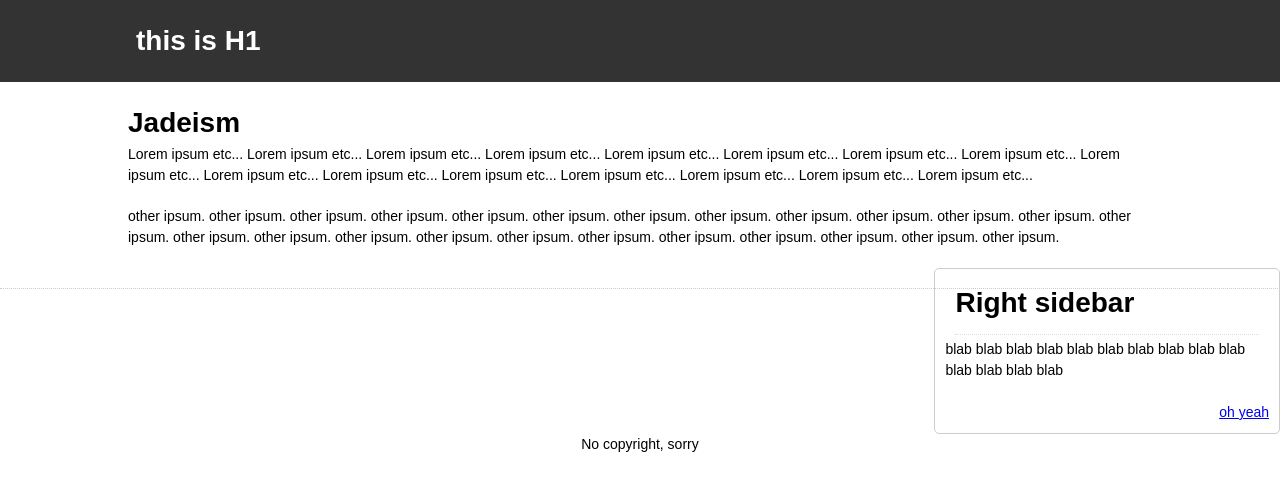
Repository: simonbcky/101
Page: http://localhost/j
The author's editor kept a record of every edit. The page is drawn from the files as they stood at one moment, then again after the next edit.
The browser window is 1280 px wide. The pictures show the whole page.
The page is served by the project's Node server (Jadestuff/index.js).

Above is the page before.

### Jadestuff/views/index.jade
extend layout
//defining content
block content
    h1 #{title}
    p.
        Lorem ipsum etc... Lorem ipsum etc... Lorem ipsum etc... Lorem ipsum etc... Lorem ipsum etc... Lorem ipsum etc... Lorem ipsum etc... Lorem ipsum etc... Lorem ipsum etc... Lorem ipsum etc... Lorem ipsum etc... Lorem ipsum etc...
        Lorem ipsum etc... Lorem ipsum etc... Lorem ipsum etc... Lorem ipsum etc...
    p.
        other ipsum. other ipsum. other ipsum. other ipsum. other ipsum. other ipsum. other ipsum. other ipsum. other ipsum. other ipsum. other ipsum. other ipsum. other ipsum. other ipsum. other ipsum.
        other ipsum. other ipsum. other ipsum. other ipsum. other ipsum. other ipsum. other ipsum. other ipsum. other ipsum.
block sidebar
    .block
        h1 Right sidebar
        p.
            blab blab blab blab blab blab blab blab blab blab blab blab blab blab
        br
        .readmore
            a(href="http://infoframe.hu") oh yeah

### Jadestuff/views/layout.jade
doctype html
html
    head
        title #{title} - Node.js with jade
        link(rel='stylesheet', href='/css/styles.css')
    body
        header
            .container
                h1 this is H1
        .container
            .main-content
                block content
        .sidebar
            block sidebar
        footer
            .container
                p No copyright, sorry

### Jadestuff/index.js
var express = require("express")
var jade = require("jade")

var portNo = process.env.PORT

var app = express()

console.log("express inited")

app.set('views',__dirname + "/views")
app.set("view engine", "jade")

console.log("jade inited")

//css, img etc coming from:
var path= __dirname+"/../client"
console.log(path)

app.use(express.static(path))

app.get("/d",function(req,res){    res.render("default")
})

app.get("/j",function(req,res){    res.render("index", {title:"Jadeism"})
})



app.listen(portNo, function() {console.log("index.js listening")})

### client/css/styles.css
/* clear everything out */
*{
    margin:0;
    padding:0;
}

body{
    line-height:1.5;
    font-family:Arial;
    font-size:14px;
    color:#000;
    background:#fff;
}

ul,li{
    list-style:none;
}

.container{
    width:80%;
    margin:auto;
    overflow:hidden;

}

header{
    padding:20px 10px;
    color:#fff;
    background:#333;
    margin-bottom:20px;

}

header h1{

    color:#fff;

}
.main-content p{
    margin-bottom:20px;

}

.sidebar{
    float:right;
    width:27%;

}

.sidebar .block{
    border-radius:5px;
    border:1px solid #ccc;
    padding:0 10px 10px 10px;
    background:##f4f4f4;
    overflow:hidden;

}

.sidebar .block h1{
    margin:13px 10px 4px;
    padding-bottom:10px;
    border-bottom:1px dotted #ddd;

}

.readmore{
    float:right;

}

.readmore a{
    #666;

}

footer{
    border-top:1px dotted #ccc;
    padding-top:5px;
    text-align:center;
    margin-top:20px;

}


/*when browser is under 568px the following applies: */
@media(max-width:568px){
    header{
        text-align:center;
    }

    .main-content{
        float:none;
        width:100%;
        clear:both;
        text-align:center;
    }

    .sidebar{
        float:none;
        width:100%;
        clear:both;
        text-align:center;
    }

    .sidebar .block{
        margin:0;

    }
}

After the next edit:
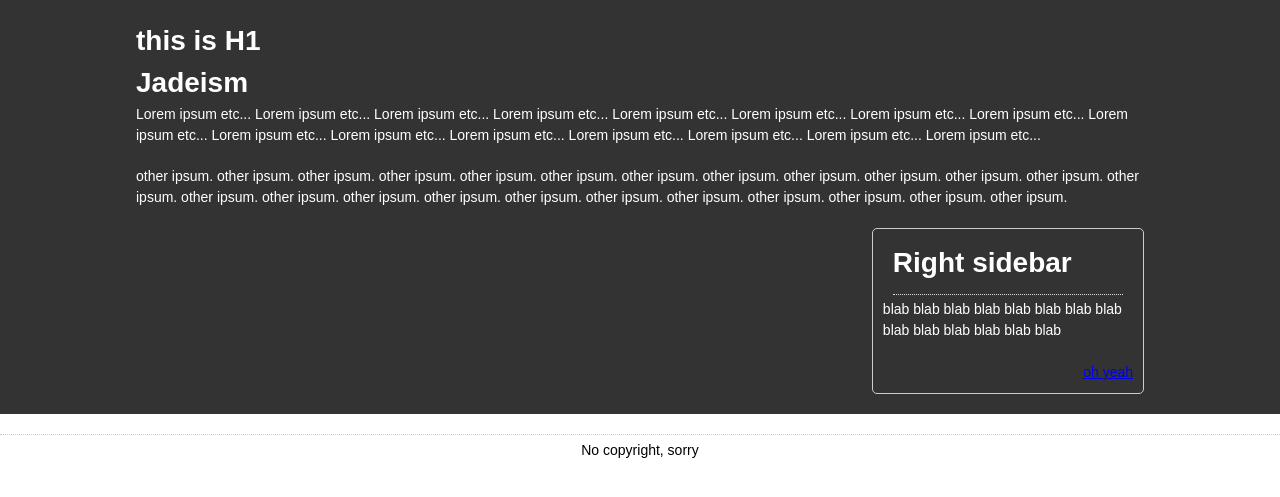
The edit:
--- a/Jadestuff/views/layout.jade
+++ b/Jadestuff/views/layout.jade
@@ -7,11 +7,11 @@
         header
             .container
                 h1 this is H1
-        .container
-            .main-content
-                block content
-        .sidebar
-            block sidebar
+            .container
+                .main-content
+                    block content
+                .sidebar
+                    block sidebar
         footer
             .container
                 p No copyright, sorry

After the edit that followed:
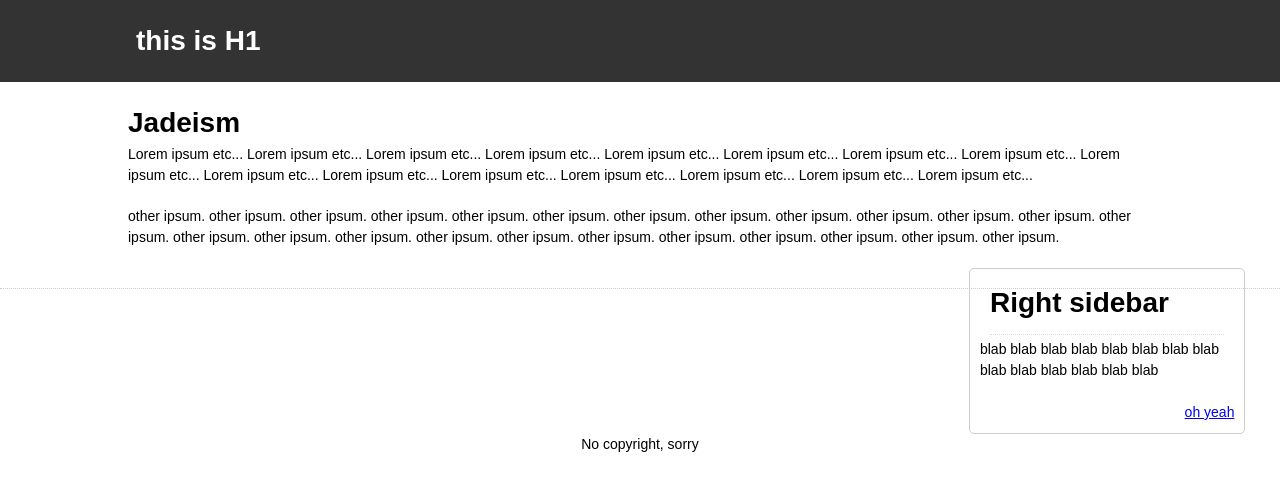
The edit:
--- a/Jadestuff/views/layout.jade
+++ b/Jadestuff/views/layout.jade
@@ -7,11 +7,12 @@
         header
             .container
                 h1 this is H1
+        .container
+            .main-content
+                block content
+        .sidebar
             .container
-                .main-content
-                    block content
-                .sidebar
-                    block sidebar
+                block sidebar
         footer
             .container
                 p No copyright, sorry
